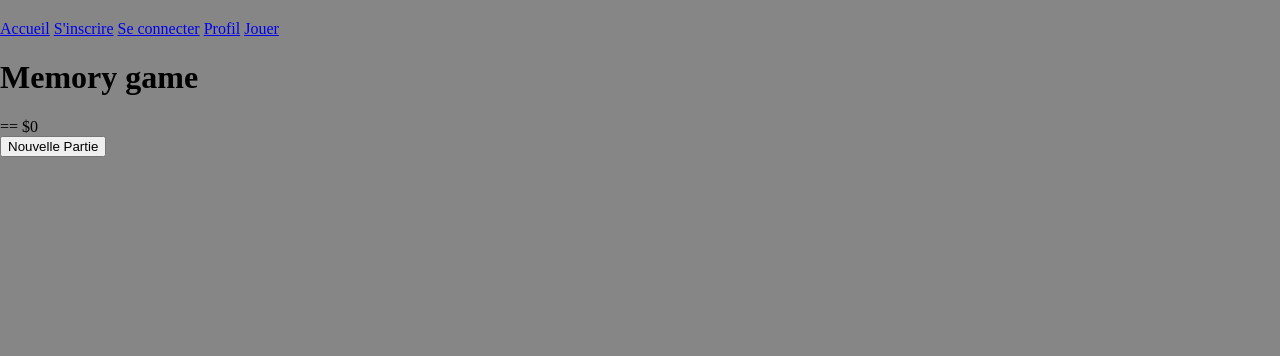
Repository: Ludmilla06/memory-game
Page: game.html
These files come from the project's save history. The page is drawn as it stood at one moment and after the next save; the edit follows.
The browser window is 1280 px wide. The pictures show the whole page.

Above is the page before, as saved 2025-10-22 09:27:38.

### game.html
<!DOCTYPE html>
<html lang="fr">
  <head>
    <meta charset="UTF-8" />
    <meta name="viewport" content="width=device-width, initial-scale=1.0" />
    <title>Document</title>
    <link rel="stylesheet" href="css/game.css" />
  </head>
  <body>
    <nav>
      <div class="Onglet">
        <a href="index.html">Accueil</a>
        <a href="inscription.html">S'inscrire</a>
        <a href="login.html">Se connecter</a>
        <a href="profil.html">Profil</a>
        <a href="play.html">Jouer</a>
      </div>
    </nav>
    <h1>Memory game</h1>
    <div id="game">
      <section class="grid"></section> == $0
    </div>
    <button id="reset-btn">Nouvelle Partie</button>
    <script type="module" src="js/game.js"></script>
  </body>
</html>

### css/game.css
*,
*::before,
*::after {
  box-sizing: border-box;
}
body {
    margin: 20px 0;
    background: rgba(68, 67, 67, 0.644);
}

.grid {
    max-width: 960px;
    margin: 0 auto;
    display: flex;
    flex-wrap: wrap;
    justify-content: space-evenly;
}

.card {
    margin: 5px;
    background-color:  rgba(68, 67, 67, 0.644);;
    background-size: contain;
    background-repeat: no-repeat;
    background-position: center center;
    width: 150px;
    height: 150px;
}

### js/game.js

// Target btn reset
const $resetBtn = document.getElementById('reset-btn')
// Prévoit la detection du click sur le btn
$resetBtn.addEventListener('click', resetGame)

function resetGame() {
  // Logique pour réinitialiser le jeu
  console.log('Jeu réinitialisé');
}



document.addEventListener('keydown', (event) => {
  console.log(event);

  if (event.key === ' ') {
    // lancer le jeu
    resetGame();
  } else   console.log('raté');

});

const cardsArray = [
  { name: "Berger Allemand", img: "assets/BA.webp" },
  { name: "Chien Assis", img: "assets/chienassis.webp" },
  { name: "Chiot", img: "assets/chiot.webp" },
  { name: "Labrador", img: "assets/labrador.webp" },
  { name: "Malinois", img: "assets/malinois.webp" },
  { name: "Rottweiler", img: "assets/rott.webp" },
];

// Récupérez le div avec un identifiant root
const game =document.getElementById('game')

// Créer une section avec une classe de grille
const grid = document.createElement('section')
grid.setAttribute('class', 'grid')

// Attacher la grille au jeu
game.appendChild(grid)

After the next save:
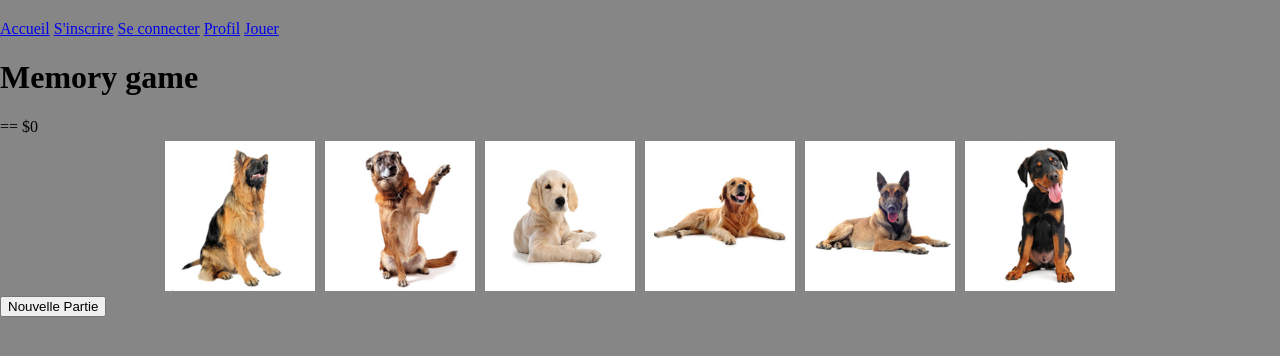
Saved 13 min 52 s later.
--- a/js/game.js
+++ b/js/game.js
@@ -39,3 +39,22 @@ grid.setAttribute('class', 'grid')
 
 // Attacher la grille au jeu
 game.appendChild(grid)
+
+// Pour chaque élément du tableau cardsArray
+cardsArray.forEach((item) => {
+// Créer une div
+ const card = document.createElement('div')
+
+
+ // Appliquer une classe de carte à ce div
+ card.classList.add('card')
+
+ // Définissez l'attribut data-name du div sur le nom cardsArray
+ card.dataset.name = item.name
+
+ // Appliquer l'image d'arrière-plan du div à l'image cardsArray
+ card.style.backgroundImage = `url(${item.img})` //on va appeler l'image à partir du tableau cardsArray
+
+ // Ajouter le div à la section de grille
+ grid.appendChild(card)
+})
